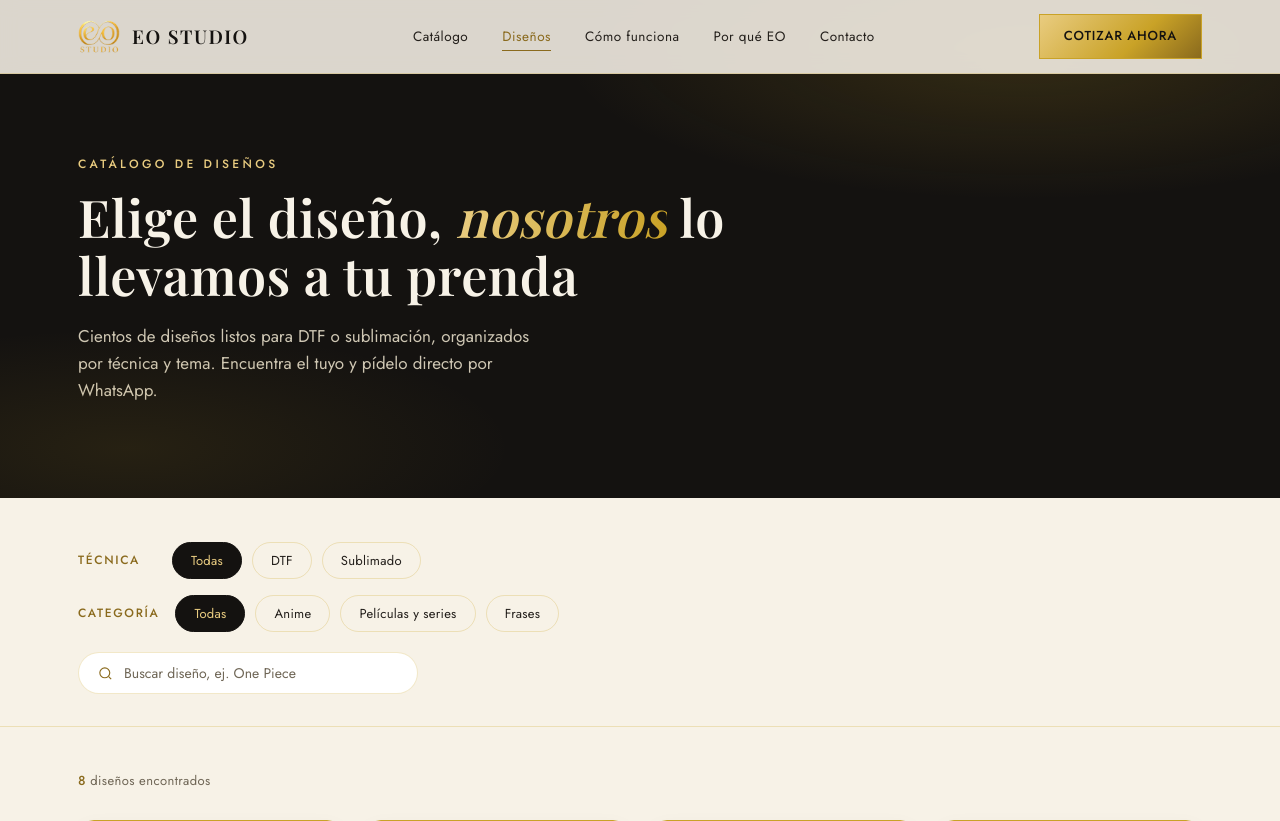
Repository: JAVIERYESE/EO_STUDIO
Page: disenos.html
An editor plug-in stored every save of this project. The page is shown before and after the next save, followed by the edit.
The browser window is 1280 px wide. The pictures show the part of the page from y = 0 to 821 px (the page is 2564 px tall before and 2590 px after).
Pictures or frames that could not be fetched are drawn as grey boxes. Some web fonts or font styles are not loaded; a fallback is used.

Above is the page before, as saved 2026-08-30 11:57:37.

### disenos.html
<!DOCTYPE html>
<html lang="es">
<head>
<meta charset="UTF-8">
<meta name="viewport" content="width=device-width, initial-scale=1.0">
<title>Catálogo de Diseños — EO Studio</title>
<meta name="description" content="Explora los diseños disponibles en EO Studio para DTF o sublimación: anime, personajes, frases y más.">
<link rel="icon" type="image/png" href="imagenes/logo-120.png">
<link rel="preconnect" href="https://fonts.googleapis.com">
<link rel="preconnect" href="https://fonts.gstatic.com" crossorigin>
<link href="https://fonts.googleapis.com/css2?family=Playfair+Display:ital,wght@0,500;0,600;0,700;1,500&family=Jost:wght@300;400;500;600&display=swap" rel="stylesheet">
<link rel="stylesheet" href="styles.css">
<link rel="stylesheet" href="disenos.css">
</head>
<body>

<header>
  <div class="nav">
    <a class="brand" href="index.html#top">
      <img src="imagenes/logo-120.png" alt="EO Studio">
      <span>EO STUDIO</span>
    </a>
    <nav class="nav-links">
      <a href="index.html#catalogo">Catálogo</a>
      <a href="disenos.html" class="is-current">Diseños</a>
      <a href="index.html#proceso">Cómo funciona</a>
      <a href="index.html#nosotros">Por qué EO</a>
      <a href="index.html#contacto">Contacto</a>
    </nav>
    <div class="nav-cta">
      <a class="btn btn-gold" href="index.html#contacto">Cotizar ahora</a>
      <button class="menu-toggle" aria-label="Abrir menú"><span></span><span></span><span></span></button>
    </div>
  </div>
</header>

<!-- ===== HERO DISEÑOS ===== -->
<section class="hero disenos-hero" id="top">
  <div class="wrap">
    <span class="eyebrow hero-eyebrow">Catálogo de diseños</span>
    <h1>Elige el diseño, <em>nosotros</em> lo llevamos a tu prenda</h1>
    <p class="lead">Cientos de diseños listos para DTF o sublimación, organizados por técnica y tema. Encuentra el tuyo y pídelo directo por WhatsApp.</p>
  </div>
</section>

<div class="mini_infiniti-container">
  <lottie-player
     src="imagenes/animaciones/infiniti.json"
     background="transparent"
     speed="0.4"
     loop
     autoplay
  </lottie-player>
</div>

<!-- ===== FILTROS ===== -->
<section class="filtros-section">
  <div class="wrap">

    <div class="filtro-grupo">
      <span class="filtro-label">Técnica</span>
      <div class="filtro-chips" data-filter-group="tecnica">
        <button class="chip is-active" data-value="todas">Todas</button>
        <button class="chip" data-value="dtf">DTF</button>
        <button class="chip" data-value="sublimado">Sublimado</button>
      </div>
    </div>

    <div class="filtro-grupo">
      <span class="filtro-label">Categoría</span>
      <div class="filtro-chips" data-filter-group="categoria">
        <button class="chip is-active" data-value="todas">Todas</button>
        <button class="chip" data-value="anime">Anime</button>
        <button class="chip" data-value="peliculas-series">Películas y series</button>
        <button class="chip" data-value="frases">Frases</button>
      </div>
    </div>

    <div class="filtro-buscador">
      <svg viewBox="0 0 24 24" fill="none" stroke="currentColor" stroke-width="1.6"><circle cx="11" cy="11" r="7"/><path d="m20 20-3.5-3.5"/></svg>
      <input type="text" id="buscador" placeholder="Buscar diseño, ej. One Piece">
    </div>

  </div>
</section>

<!-- ===== GRID DE DISEÑOS ===== -->
<section class="disenos-section">
  <div class="wrap">

    <p class="contador"><span id="contador-num">8</span> diseños encontrados</p>

    <div class="disenos-grid" id="disenos-grid">

      <!-- Tarjeta 1 -->
      <article class="diseno-card" data-tecnica="dtf sublimado" data-categoria="anime" data-nombre="one piece luffy gear 5">
        <div class="diseno-img">
          <img src="imagenes/disenos/anime-onepiece-01.jpg" alt="Diseño One Piece - Luffy Gear 5" loading="lazy">
          <span class="badge-tecnica">DTF · Sublimado</span>
        </div>
        <div class="diseno-info">
          <span class="diseno-cat">Anime</span>
          <h3>One Piece — Luffy Gear 5</h3>
          <a class="btn btn-gold btn-sm" href="https://wa.me/573046168524?text=Hola%2C%20me%20interesa%20el%20diseño%20One%20Piece%20-%20Luffy%20Gear%205" target="_blank" rel="noopener">Pedir este diseño</a>
        </div>
      </article>

      <!-- Tarjeta 2 -->
      <article class="diseno-card" data-tecnica="dtf" data-categoria="anime" data-nombre="dragon ball goku ultra instinto">
        <div class="diseno-img">
          <img src="imagenes/disenos/anime-dragonball-01.jpg" alt="Diseño Dragon Ball - Goku Ultra Instinto" loading="lazy">
          <span class="badge-tecnica">DTF</span>
        </div>
        <div class="diseno-info">
          <span class="diseno-cat">Anime</span>
          <h3>Dragon Ball — Goku Ultra Instinto</h3>
          <a class="btn btn-gold btn-sm" href="https://wa.me/573046168524?text=Hola%2C%20me%20interesa%20el%20diseño%20Dragon%20Ball%20-%20Goku%20Ultra%20Instinto" target="_blank" rel="noopener">Pedir este diseño</a>
        </div>
      </article>

      <!-- Tarjeta 3 -->
      <article class="diseno-card" data-tecnica="sublimado" data-categoria="peliculas-series" data-nombre="stranger things logo">
        <div class="diseno-img">
          <img src="imagenes/disenos/series-strangerthings-01.jpg" alt="Diseño Stranger Things logo" loading="lazy">
          <span class="badge-tecnica">Sublimado</span>
        </div>
        <div class="diseno-info">
          <span class="diseno-cat">Películas y series</span>
          <h3>Stranger Things — Logo clásico</h3>
          <a class="btn btn-gold btn-sm" href="https://wa.me/573046168524?text=Hola%2C%20me%20interesa%20el%20diseño%20Stranger%20Things%20-%20Logo%20clásico" target="_blank" rel="noopener">Pedir este diseño</a>
        </div>
      </article>

      <!-- Tarjeta 4 -->
      <article class="diseno-card" data-tecnica="dtf sublimado" data-categoria="peliculas-series" data-nombre="los simpson bart">
        <div class="diseno-img">
          <img src="imagenes/disenos/series-simpson-01.jpg" alt="Diseño Los Simpson - Bart" loading="lazy">
          <span class="badge-tecnica">DTF · Sublimado</span>
        </div>
        <div class="diseno-info">
          <span class="diseno-cat">Películas y series</span>
          <h3>Los Simpson — Bart</h3>
          <a class="btn btn-gold btn-sm" href="https://wa.me/573046168524?text=Hola%2C%20me%20interesa%20el%20diseño%20Los%20Simpson%20-%20Bart" target="_blank" rel="noopener">Pedir este diseño</a>
        </div>
      </article>

      <!-- Tarjeta 5 -->
      <article class="diseno-card" data-tecnica="dtf" data-categoria="frases" data-nombre="frase motivacional cafe">
        <div class="diseno-img">
          <img src="imagenes/disenos/frases-cafe-01.jpg" alt="Diseño de frase motivacional con café" loading="lazy">
          <span class="badge-tecnica">DTF</span>
        </div>
        <div class="diseno-info">
          <span class="diseno-cat">Frases</span>
          <h3>"Hoy es un buen día" — Tipografía</h3>
          <a class="btn btn-gold btn-sm" href="https://wa.me/573046168524?text=Hola%2C%20me%20interesa%20el%20diseño%20de%20frase%20-%20Hoy%20es%20un%20buen%20día" target="_blank" rel="noopener">Pedir este diseño</a>
        </div>
      </article>

      <!-- Tarjeta 6 -->
      <article class="diseno-card" data-tecnica="sublimado" data-categoria="anime" data-nombre="naruto sasuke">
        <div class="diseno-img">
          <img src="imagenes/disenos/anime-naruto-01.jpg" alt="Diseño Naruto y Sasuke" loading="lazy">
          <span class="badge-tecnica">Sublimado</span>
        </div>
        <div class="diseno-info">
          <span class="diseno-cat">Anime</span>
          <h3>Naruto — Naruto &amp; Sasuke</h3>
          <a class="btn btn-gold btn-sm" href="https://wa.me/573046168524?text=Hola%2C%20me%20interesa%20el%20diseño%20Naruto%20-%20Naruto%20%26%20Sasuke" target="_blank" rel="noopener">Pedir este diseño</a>
        </div>
      </article>

      <!-- Tarjeta 7 -->
      <article class="diseno-card" data-tecnica="dtf" data-categoria="peliculas-series" data-nombre="marvel spiderman">
        <div class="diseno-img">
          <img src="imagenes/disenos/peliculas-spiderman-01.jpg" alt="Diseño Marvel Spiderman" loading="lazy">
          <span class="badge-tecnica">DTF</span>
        </div>
        <div class="diseno-info">
          <span class="diseno-cat">Películas y series</span>
          <h3>Marvel — Spiderman</h3>
          <a class="btn btn-gold btn-sm" href="https://wa.me/573046168524?text=Hola%2C%20me%20interesa%20el%20diseño%20Marvel%20-%20Spiderman" target="_blank" rel="noopener">Pedir este diseño</a>
        </div>
      </article>

      <!-- Tarjeta 8 -->
      <article class="diseno-card" data-tecnica="dtf sublimado" data-categoria="frases" data-nombre="frase mama reina">
        <div class="diseno-img">
          <img src="imagenes/disenos/frases-mama-01.jpg" alt="Diseño de frase para mamá" loading="lazy">
          <span class="badge-tecnica">DTF · Sublimado</span>
        </div>
        <div class="diseno-info">
          <span class="diseno-cat">Frases</span>
          <h3>"Mamá reina" — Corona dorada</h3>
          <a class="btn btn-gold btn-sm" href="https://wa.me/573046168524?text=Hola%2C%20me%20interesa%20el%20diseño%20de%20frase%20-%20Mamá%20reina" target="_blank" rel="noopener">Pedir este diseño</a>
        </div>
      </article>

    </div>

    <p class="sin-resultados" id="sin-resultados" hidden>No encontramos diseños con esos filtros. Prueba con otra técnica o categoría, o <a href="https://wa.me/573046168524?text=Hola%2C%20estoy%20buscando%20un%20diseño%20específico" target="_blank" rel="noopener">pregúntanos directo por WhatsApp</a>.</p>

  </div>
</section>

<!-- ===== CTA FINAL ===== -->
<section class="cta">
  <div class="wrap">
    <span class="eyebrow eyebrow-light">¿No encuentras tu diseño?</span>
    <h2>Cuéntanos qué tienes en mente y lo creamos contigo</h2>
    <p>Envíanos tu idea, personaje o frase — te mostramos el mockup antes de producir.</p>
    <div class="cta-actions">
      <a class="btn btn-gold" href="https://wa.me/573046168524" target="_blank" rel="noopener">Escribir por WhatsApp</a>
    </div>
  </div>
</section>

<footer>
  <div class="wrap">
    <div class="foot-bottom">
      <span>© 2026 EO Studio. Todos los derechos reservados.</span>
      <a href="index.html#top">Volver al inicio ↑</a>
    </div>
  </div>
</footer>

<script src="disenos.js"></script>
</body>
</html>

### disenos.css
/* ===== HERO DISEÑOS (versión compacta del hero principal) ===== */
.disenos-hero{
  padding:150px 0 60px;
  text-align:left;
}
.disenos-hero h1{
  font-size:clamp(32px, 4.4vw, 52px);
  line-height:1.12;
  color:var(--ivory);
  max-width:760px;
  margin-bottom:18px;
}
.disenos-hero h1 em{
  font-style:italic;
  background:linear-gradient(90deg, var(--gold-light), var(--gold));
  -webkit-background-clip:text; background-clip:text; color:transparent;
}
.disenos-hero .lead{
  font-size:16.5px; color:#cfc7b4; max-width:520px; margin-bottom:0;
}

/* current nav link indicator */
.nav-links a.is-current{color:var(--gold-deep);}
.nav-links a.is-current::after{transform:scaleX(1); background:var(--gold-deep);}

/* ===== FILTROS ===== */
.filtros-section{
  padding:44px 0 8px;
  background:var(--ivory);
  position:sticky;
  top:72px;
  z-index:40;
  border-bottom:1px solid var(--line);
}
.filtro-grupo{
  display:flex;
  align-items:center;
  gap:16px;
  flex-wrap:wrap;
  margin-bottom:16px;
}
.filtro-label{
  font-size:12px;
  letter-spacing:0.14em;
  text-transform:uppercase;
  color:var(--gold-deep);
  font-weight:500;
  min-width:78px;
}
.filtro-chips{display:flex; gap:10px; flex-wrap:wrap;}
.chip{
  font-family:'Jost', sans-serif;
  font-size:13px;
  letter-spacing:0.02em;
  padding:8px 18px;
  border:1px solid var(--line);
  border-radius:999px;
  background:transparent;
  color:var(--text);
  cursor:pointer;
  transition:all .2s ease;
}
.chip:hover{border-color:var(--gold);}
.chip.is-active{
  background:var(--ink);
  border-color:var(--ink);
  color:var(--gold-light);
}
.filtro-buscador{
  display:flex;
  align-items:center;
  gap:10px;
  border:1px solid var(--line);
  border-radius:999px;
  padding:10px 18px;
  max-width:340px;
  margin:20px 0 24px;
  background:#fff;
}
.filtro-buscador svg{width:17px; height:17px; color:var(--gold-deep); flex-shrink:0;}
.filtro-buscador input{
  border:none; outline:none; background:transparent;
  font-family:'Jost', sans-serif; font-size:14px; color:var(--text);
  width:100%;
}
.filtro-buscador input::placeholder{color:var(--text-muted);}

/* ===== GRID DE DISEÑOS ===== */
.disenos-section{padding:44px 0 96px;}
.contador{
  font-size:13px;
  color:var(--text-muted);
  letter-spacing:0.03em;
  margin-bottom:28px;
}
.contador #contador-num{color:var(--gold-deep); font-weight:500;}

.disenos-grid{
  display:grid;
  grid-template-columns:repeat(4, 1fr);
  gap:22px;
}
.diseno-card{
  background:var(--ivory);
  border:1.5px solid var(--gold);
  border-radius:16px;
  overflow:hidden;
  box-shadow:0 8px 20px rgba(0,0,0,0.06);
  transition:all .3s ease;
  display:flex;
  flex-direction:column;
}
.diseno-card:hover{
  transform:translateY(-6px);
  border-color:var(--gold-deep);
  box-shadow:0 16px 30px rgba(0,0,0,0.12), 0 0 12px rgba(201,162,39,0.3);
}
.diseno-img{
  position:relative;
  aspect-ratio:1/1;
  background:linear-gradient(135deg, var(--ink) 0%, #2a251d 60%, var(--ink) 100%);
  overflow:hidden;
}
.diseno-img img{
  width:100%; height:100%; object-fit:cover;
  transition:transform .4s ease;
}
.diseno-card:hover .diseno-img img{transform:scale(1.05);}
.badge-tecnica{
  position:absolute; top:12px; left:12px;
  background:rgba(20,18,16,0.78);
  color:var(--gold-light);
  font-size:10.5px;
  letter-spacing:0.06em;
  text-transform:uppercase;
  padding:5px 10px;
  border-radius:999px;
  border:1px solid rgba(201,162,39,0.4);
}
.diseno-info{
  padding:18px 18px 20px;
  display:flex;
  flex-direction:column;
  gap:8px;
  flex-grow:1;
}
.diseno-cat{
  font-size:11px;
  letter-spacing:0.1em;
  text-transform:uppercase;
  color:var(--gold-deep);
}
.diseno-info h3{
  font-size:16px;
  line-height:1.3;
  margin-bottom:6px;
}
.btn-sm{
  padding:9px 16px;
  font-size:11.5px;
  margin-top:auto;
  justify-content:center;
  width:100%;
}

.sin-resultados{
  display:block;
  text-align:center;
  padding:60px 20px;
  color:var(--text-muted);
  font-size:15px;
}
.sin-resultados a{color:var(--gold-deep); text-decoration:underline;}

/* ===== RESPONSIVE ===== */
@media (max-width:900px){
  .disenos-grid{grid-template-columns:repeat(2, 1fr);}
  .filtros-section{position:static;}
  .filtro-label{min-width:100%; margin-bottom:2px;}
}
@media (max-width:520px){
  .disenos-grid{grid-template-columns:1fr 1fr; gap:14px;}
  .diseno-info{padding:14px 12px 16px;}
  .diseno-info h3{font-size:14px;}
  .filtro-buscador{max-width:100%;}
}

Loaded but not shown: imagenes/Infinity Symbol.json (1 lines, source omitted); disenos.js (50 lines, source omitted); styles.css (537 lines, source omitted)

After the next save:
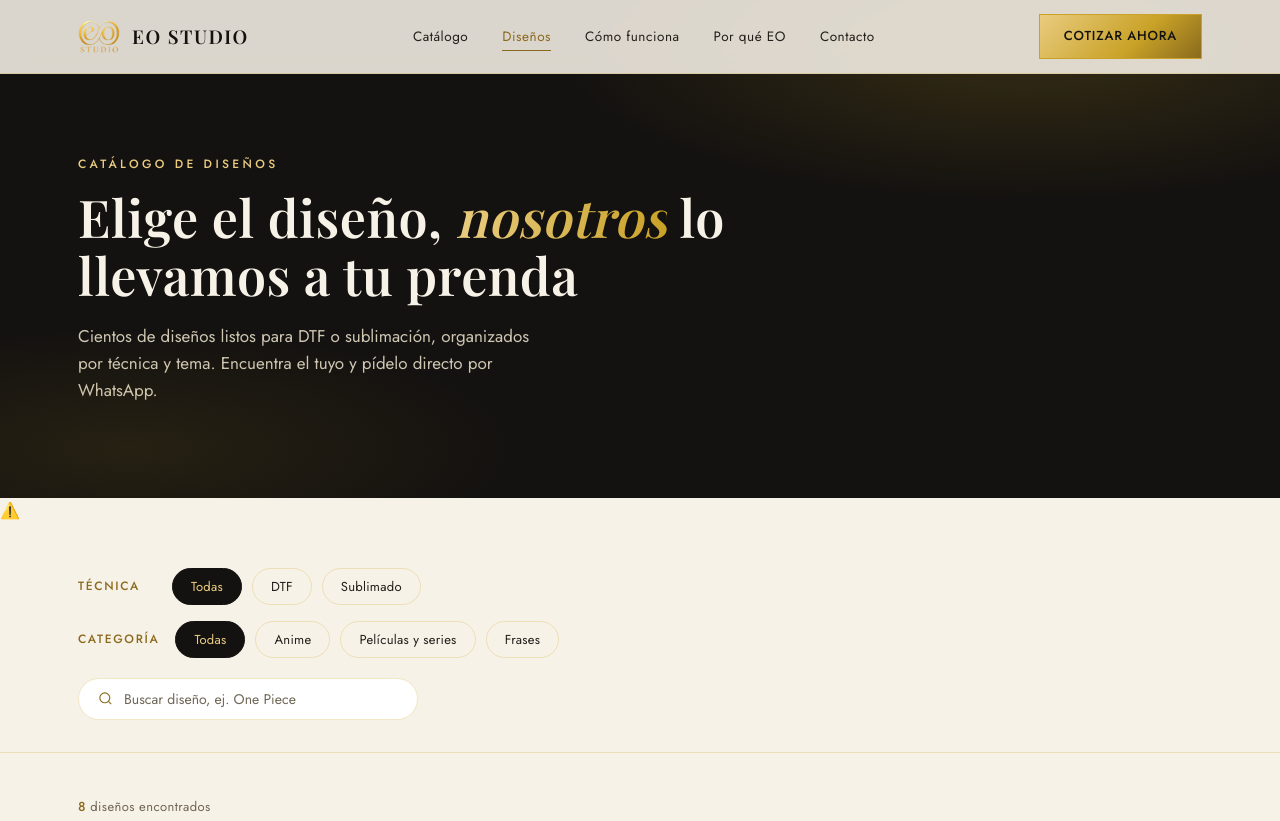
Not found: imagenes/animaciones/infiniti.json
Saved 3 min 49 s later.
--- a/disenos.html
+++ b/disenos.html
@@ -9,6 +9,7 @@
 <link rel="preconnect" href="https://fonts.googleapis.com">
 <link rel="preconnect" href="https://fonts.gstatic.com" crossorigin>
 <link href="https://fonts.googleapis.com/css2?family=Playfair+Display:ital,wght@0,500;0,600;0,700;1,500&family=Jost:wght@300;400;500;600&display=swap" rel="stylesheet">
+<script src="https://unpkg.com/@lottiefiles/lottie-player@latest/dist/lottie-player.js"></script>
 <link rel="stylesheet" href="styles.css">
 <link rel="stylesheet" href="disenos.css">
 </head>
@@ -49,7 +50,7 @@
      background="transparent"
      speed="0.4"
      loop
-     autoplay
+     autoplay>
   </lottie-player>
 </div>
 

After the save that followed:
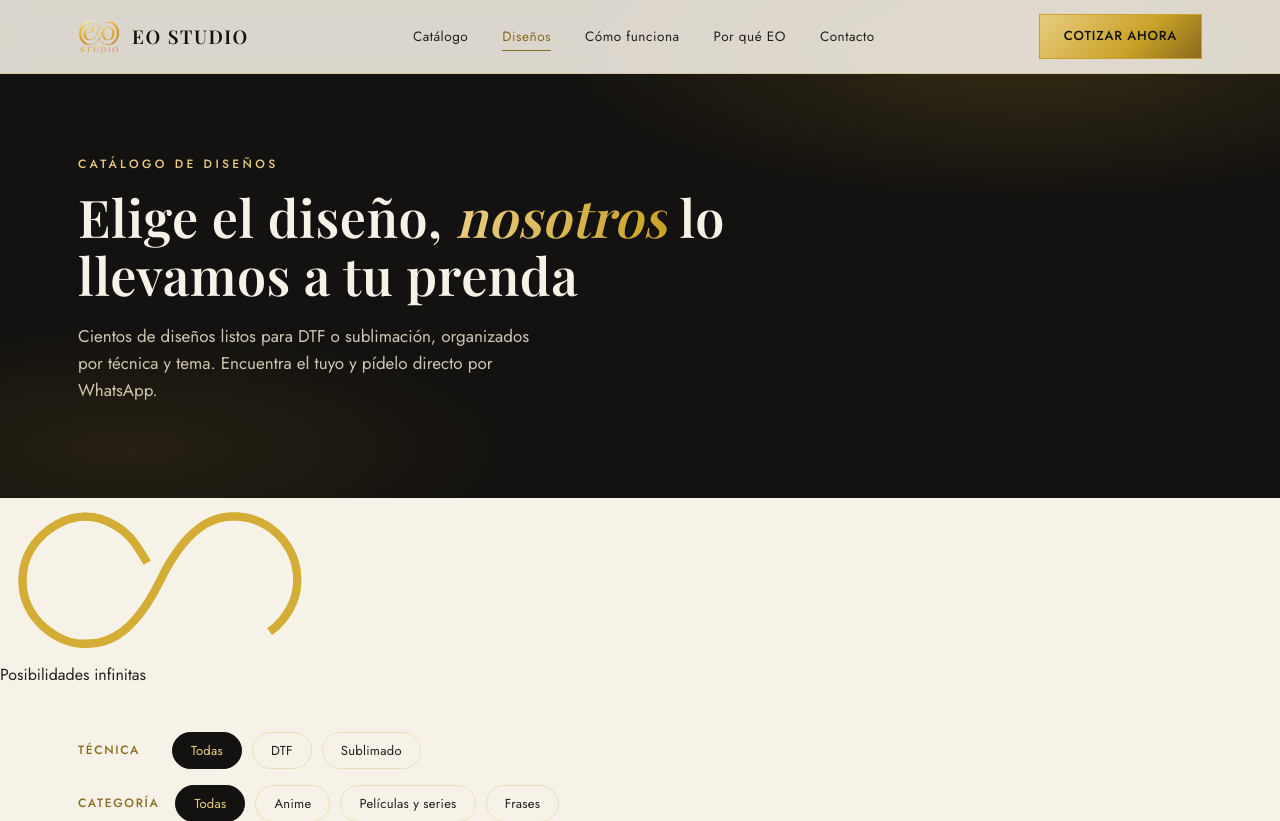
Saved 12 min 14 s later.
--- a/disenos.html
+++ b/disenos.html
@@ -44,16 +44,19 @@
   </div>
 </section>
 
-<div class="mini_infiniti-container">
-  <lottie-player
-     src="imagenes/animaciones/infiniti.json"
-     background="transparent"
-     speed="0.4"
-     loop
-     autoplay>
-  </lottie-player>
+<div class="mini-infinity-container">
+    <lottie-player
+        src="imagenes/Infinity Symbol.json"
+        background="transparent"
+        speed="0.4"
+        loop
+        autoplay>
+    </lottie-player>
+
+    <div class="mini-infinity-tag">
+        <span>Posibilidades infinitas</span>
+    </div>
 </div>
-
 <!-- ===== FILTROS ===== -->
 <section class="filtros-section">
   <div class="wrap">
